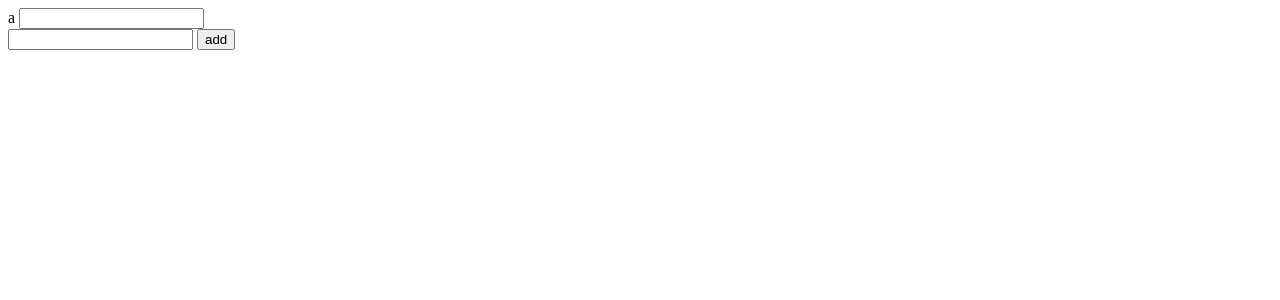
Repository: pauljinn/Java-Course
Page: http://localhost/SpringMVC/
These files come from the project's save history. The page is drawn as it stood at one moment and after the next save; the edit follows.
The browser window is 1280 px wide. The pictures show the whole page.
The page is served by Tomcat 10. Other server files are loaded and not shown.

Above is the page before, as saved 2025-02-27 23:10:24.

### SpringMVC/src/main/webapp/index.jsp
<%@ page language="java" contentType="text/html; charset=UTF-8"
	pageEncoding="UTF-8"%>
<!DOCTYPE html>
<html>
<head>
<meta charset="UTF-8">
<title>Insert title here</title>
</head>
<body>
	<form action="add">
		<label for="numOne">a</label>
		<input type="number" name="numOne" /> <br /> <input type="number"
			name="numTwo" /> <input type="submit" value="add" />
	</form>
</body>
</html>

After the next save:
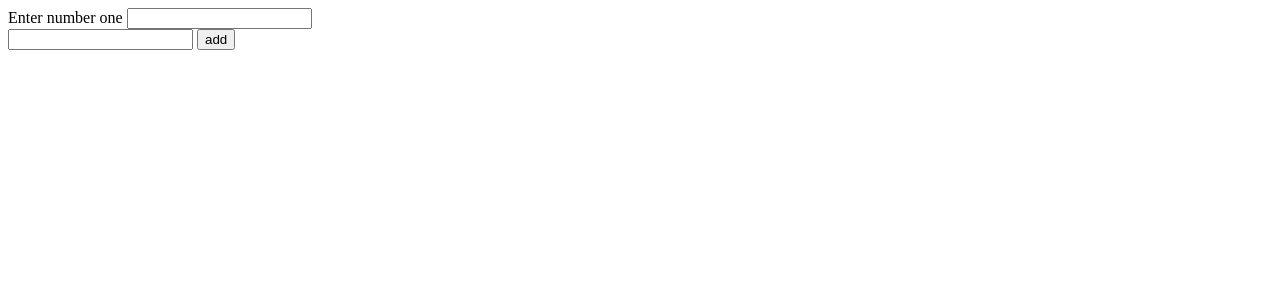
Saved 15 s later.
--- a/SpringMVC/src/main/webapp/index.jsp
+++ b/SpringMVC/src/main/webapp/index.jsp
@@ -8,7 +8,7 @@
 </head>
 <body>
 	<form action="add">
-		<label for="numOne">a</label>
+		<label for="numOne">Enter number one</label>
 		<input type="number" name="numOne" /> <br /> <input type="number"
 			name="numTwo" /> <input type="submit" value="add" />
 	</form>
